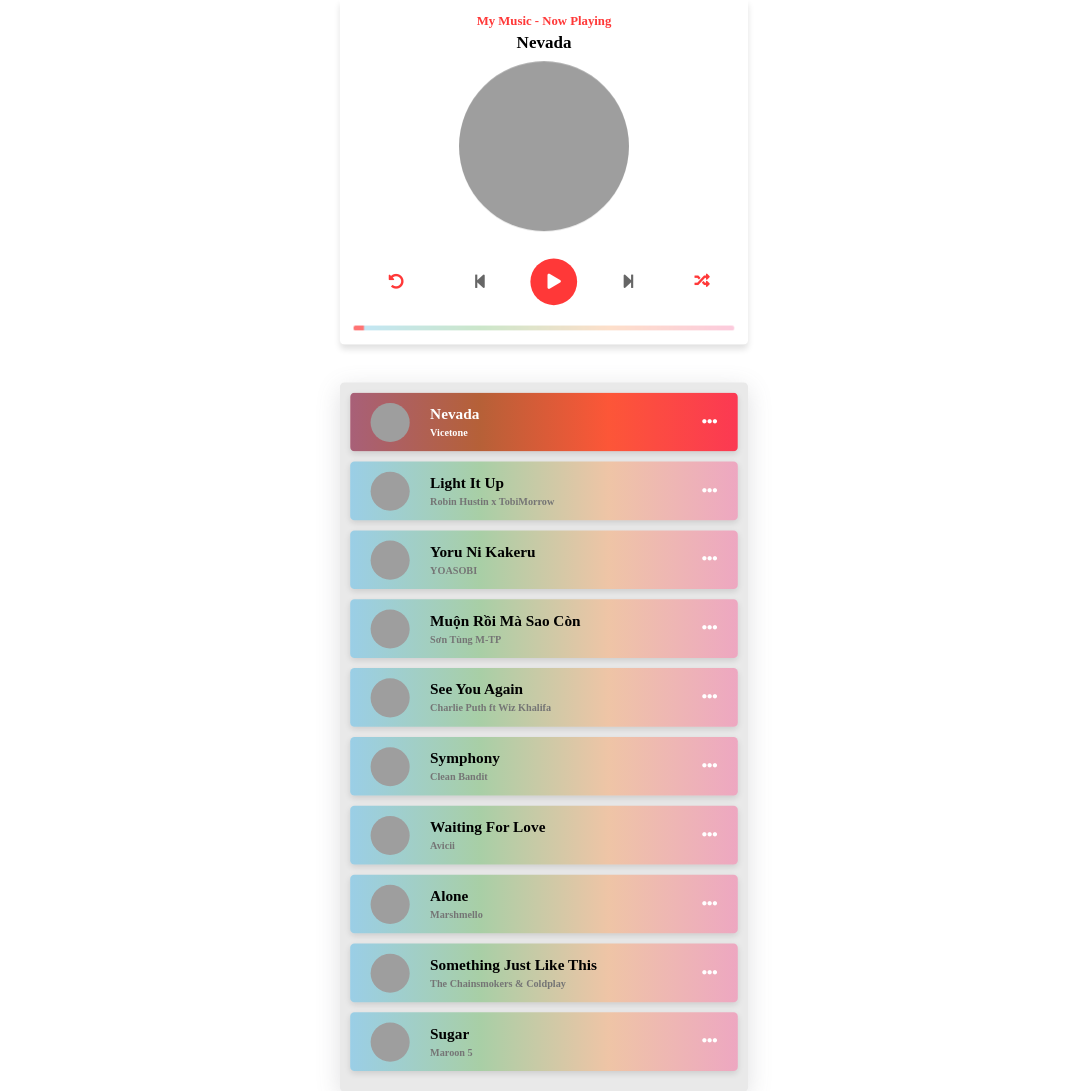
Repository: NguyenMinhChau/music-player1
Page: index.html
The author's editor kept a copy of each file at every save. The page is drawn from the files as they stood at one save, then again after the next save.
The browser window is 1280 px wide. The pictures show the whole page, at 85% of full size.
Pictures or frames that could not be fetched are drawn as grey boxes.

Above is the page before, as saved 2021-08-28 20:12:14.

After the next save:
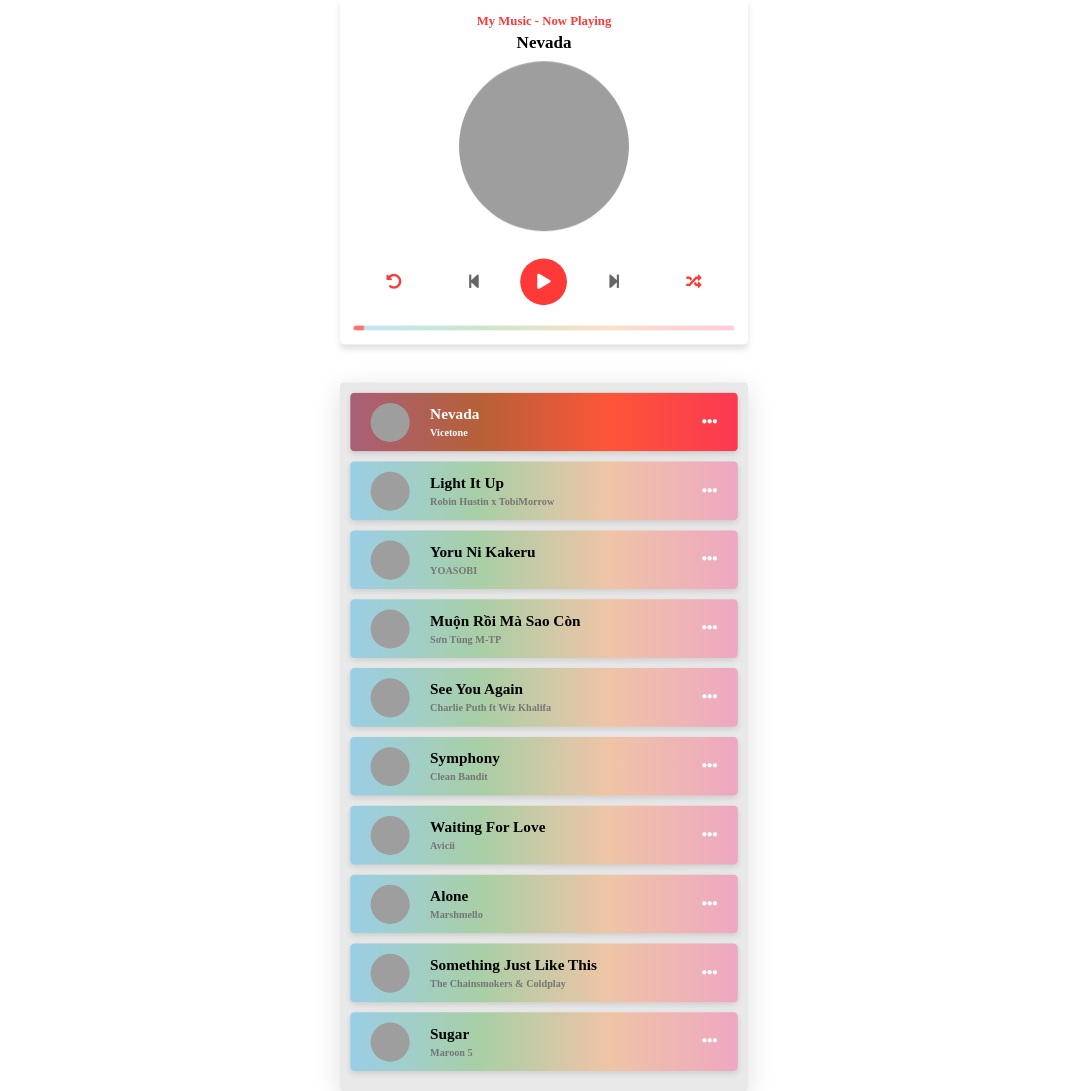
Saved 9 s later.
--- a/index.html
+++ b/index.html
@@ -37,7 +37,7 @@
                     <i class="next-icon fas fa-step-forward"></i>
                 </div>
                 <div class="btn btn-random" title="Random">
-                    <i class="fas fa-random"></i>
+                    <i class="random-icon fas fa-random"></i>
                 </div>
             </div>
             <input id="progress" class="progress" type="range" value="0" step="1" min="0" max="100" />
